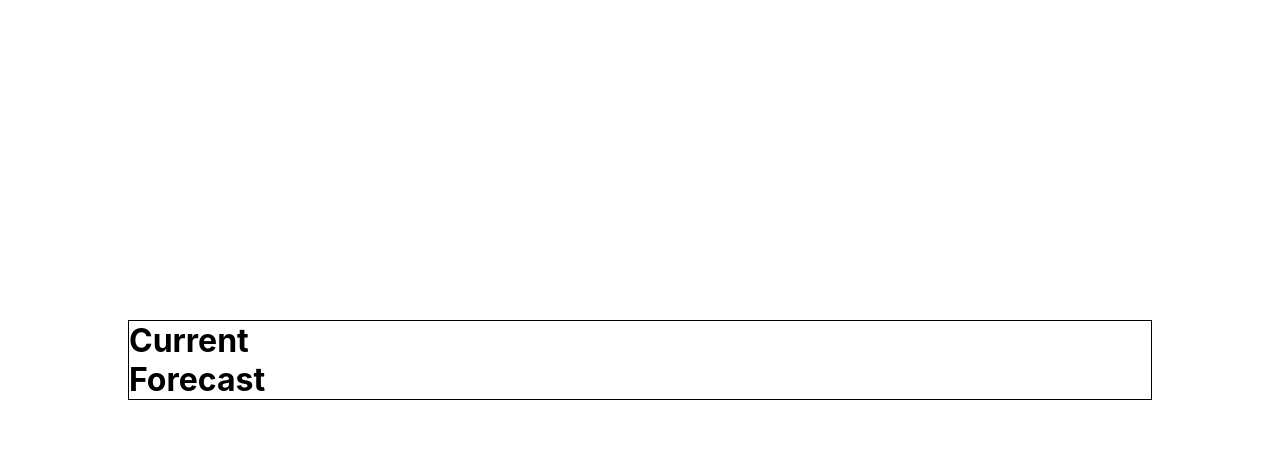
Repository: debthebuilder/bloom
Page: /
The author's editor kept a copy of each file at every save. The page is drawn from the files as they stood at one save, then again after a run of saves.
The browser window is 1280 px wide. The pictures show the whole page.
The project was rebuilt for these pictures with package versions that can differ from the ones it lists, and the page was loaded fresh each time. Also part of the build but not shown: src/components/Splash.js.

Above is the page before, as saved 2022-11-10 23:36:17.

After the next 2 saves:
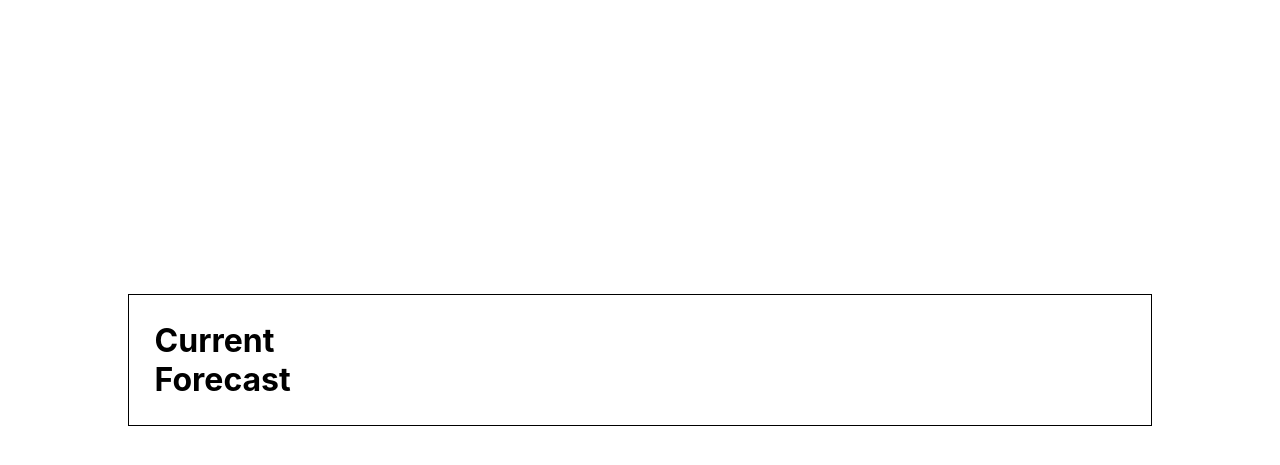
The 2 saves are shown as one change because they came seconds apart.
The last was saved 19 s later.
--- a/src/scss/app.scss
+++ b/src/scss/app.scss
@@ -24,6 +24,7 @@ body {
 
 .weather-container {
     width: 80%;
+    padding: 2%;
     border: solid 1px black;
     display: flex;
     flex-direction: column;
